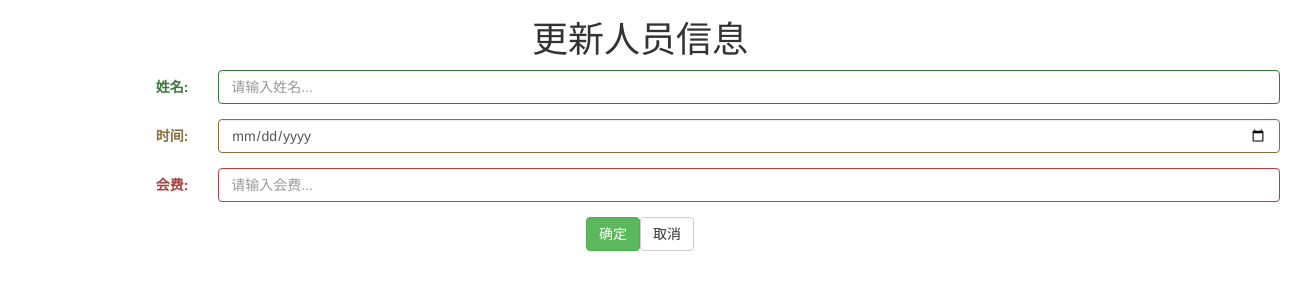
Repository: HelloChuang/HelloChuang-EclipseWorkSpace
Page: http://localhost/RetestServlet2/user_add.jsp
The author's editor kept a copy of each file at every save. The page is drawn from the files as they stood at one save, then again after the next save.
The browser window is 1280 px wide. The page is 1295 px wide, so the pictures cover 1295 px, including what lies to the right of the window. The pictures show the whole page.
The page is served by Tomcat 9. Other server files are loaded and not shown.

Above is the page before, as saved 2018-10-31 06:57:48.

### EclipseWorkSpace/RetestServlet2/WebContent/user_add.jsp
<%@ page language="java" contentType="text/html; charset=UTF-8"
    pageEncoding="UTF-8"%>
<!DOCTYPE>
<html>
<head>
<meta http-equiv="Content-Type" content="text/html; charset=UTF-8">
<link rel="stylesheet" type="text/css" href="${pageContext.request.contextPath}/css/bootstrap.min.css">
<script type="text/javascript"  href="${pageContext.request.contextPath}/js/jquery-1.9.1.js"></script>
<script type="text/javascript"  href="${pageContext.request.contextPath}/js/bootstrap.min.js"></script>
<title>首页</title>
</head>
<body>
<div align="center" ><h1>更新人员信息</h1></div>
<form class="form-horizontal" role="form" action="AddUserAction">
<div class="form-group has-success">
    <label class="col-sm-2 control-label" for="inputSuccess">姓名:</label>
    <div class="col-sm-10">
      <input type="text" class="form-control" name="uname"required="required" placeholder="请输入姓名...">
    </div>
  </div>
  <div class="form-group has-warning">
    <label class="col-sm-2 control-label" for="inputWarning">时间:</label>
    <div class="col-sm-10">
      <input type="date" class="form-control"name="udate" id="inputWarning" required="required"placeholder="请输入入会时间...">
    </div>
  </div>
  <div class="form-group has-error">
    <label class="col-sm-2 control-label" for="inputError">会费:</label>
    <div class="col-sm-10">
      <input type="number"name="umoney" class="form-control" id="inputError" required="required"placeholder="请输入会费...">
    </div>
  </div>

  <div align="center"><button type="submit" class="btn btn-success">确定</button><button type="reset"class="btn btn-default">取消</button></div>
</body>
</html>

Loaded but not shown: EclipseWorkSpace/RetestServlet2/WebContent/css/bootstrap.min.css (library)

After the next save:
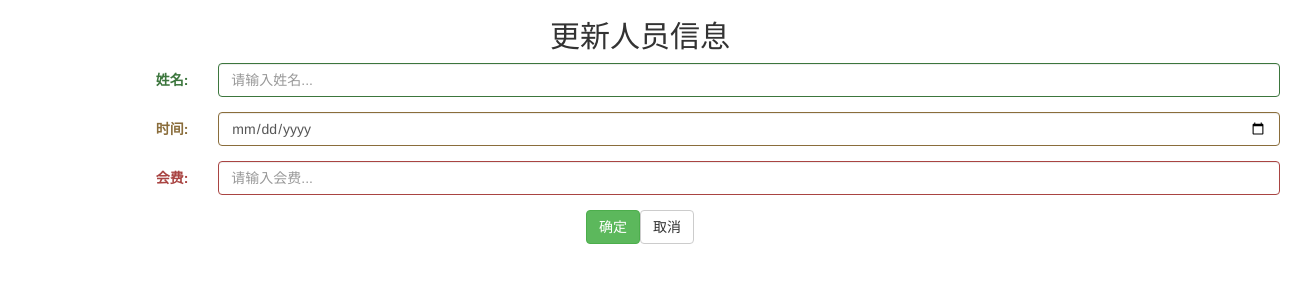
Saved 5 s later.
--- a/EclipseWorkSpace/RetestServlet2/WebContent/user_add.jsp
+++ b/EclipseWorkSpace/RetestServlet2/WebContent/user_add.jsp
@@ -10,7 +10,7 @@
 <title>首页</title>
 </head>
 <body>
-<div align="center" ><h1>更新人员信息</h1></div>
+<div align="center" ><h2>更新人员信息</h2></div>
 <form class="form-horizontal" role="form" action="AddUserAction">
 <div class="form-group has-success">
     <label class="col-sm-2 control-label" for="inputSuccess">姓名:</label>
